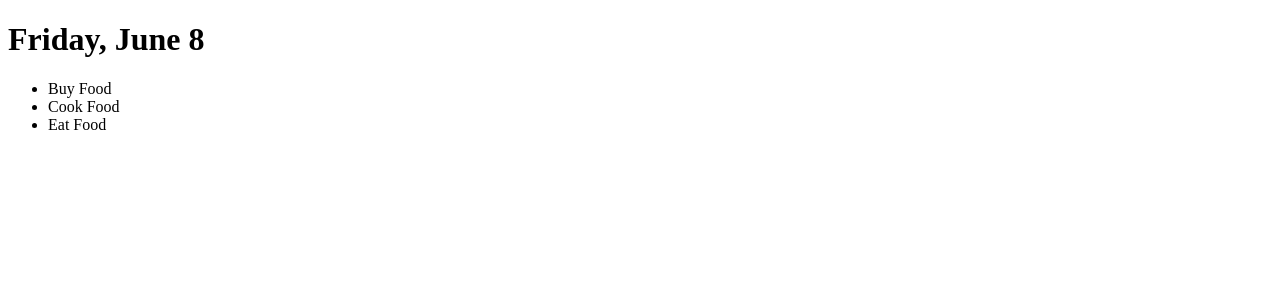
Repository: DESTINYAS/ToDo-List
Page: http://localhost/
The author's editor kept a copy of each file at every save. The page is drawn from the files as they stood at one save, then again after the next save.
The browser window is 1280 px wide. The pictures show the whole page.
The page is served by the project's Node server (app.js).

Above is the page before, as saved 2022-08-23 18:33:26.

After the next save:
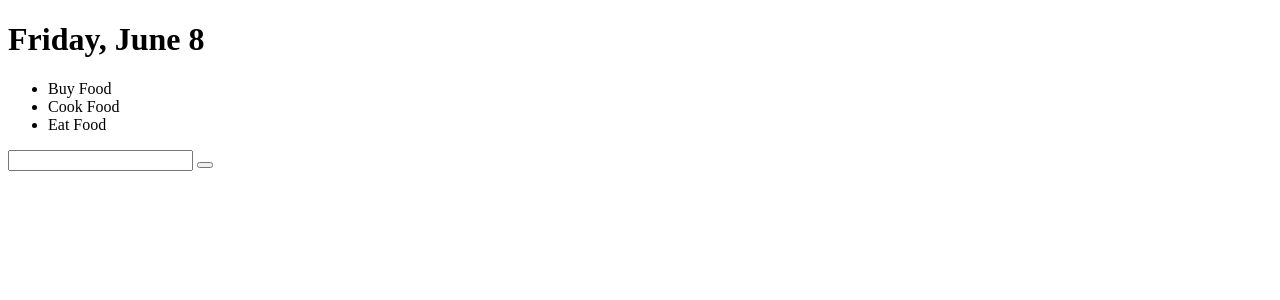
Saved 76 min 16 s later.
--- a/views/list.ejs
+++ b/views/list.ejs
@@ -13,5 +13,9 @@
       <li>Cook Food</li>
       <li>Eat Food</li>
     </ul>
+    <form action="/newitem" method="post">
+      <input type="text" />
+      <button type="submit"></button>
+    </form>
   </body>
 </html>
